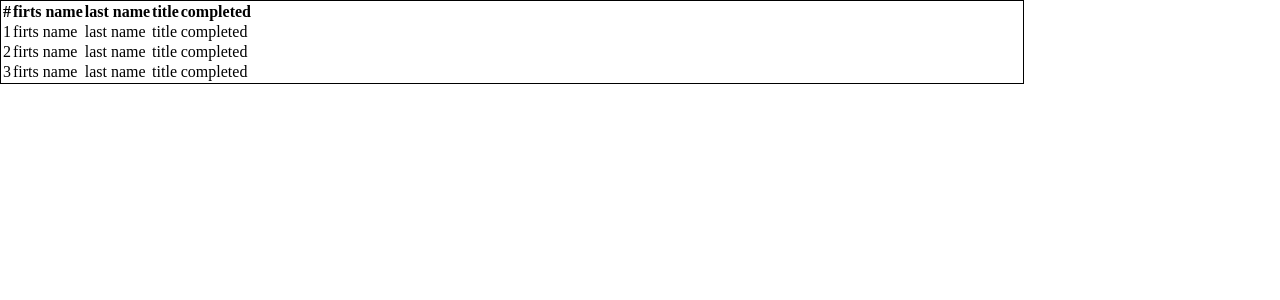
Repository: beva3/myCodepen
Page: table/index.html
These files come from the project's save history. The page is drawn as it stood at one moment and after the next save; the edit follows.
The browser window is 1280 px wide. The pictures show the whole page.

Above is the page before, as saved 2024-05-11 10:49:12.

### table/index.html
<!DOCTYPE html>
<html lang="en">
<head>
    <meta charset="UTF-8">
    <link rel="stylesheet" href="style.css">
    <meta name="viewport" content="width=device-width, initial-scale=1.0">
    <title>tableau</title>
</head>
<body>
    <section class="content">
        <table>
            <thead>
                <tr>
                   <th>#</th>
                   <th>firts name</th>
                   <th>last name</th>
                   <th>title</th>
                   <th>completed</th>
                </tr>
            </thead>
            <tbody>
                <tr>
                    <td>1</td>
                    <td>firts name</td>
                    <td>last name</td>
                    <td>title</td>
                    <td>completed</td>
                </tr>
                <tr>
                    <td>2</td>
                    <td>firts name</td>
                    <td>last name</td>
                    <td>title</td>
                    <td>completed</td>
                </tr>
                <tr>
                    <td>3</td>
                    <td>firts name</td>
                    <td>last name</td>
                    <td>title</td>
                    <td>completed</td>
                </tr>
            </tbody>
        </table>
    </section>
</body>
</html>

### table/style.css
*{
    margin: 0;
    padding: 0;
    box-sizing: border-box;
}

.content{
    border: 1px solid black;
    width: 80vw;
}

After the next save:
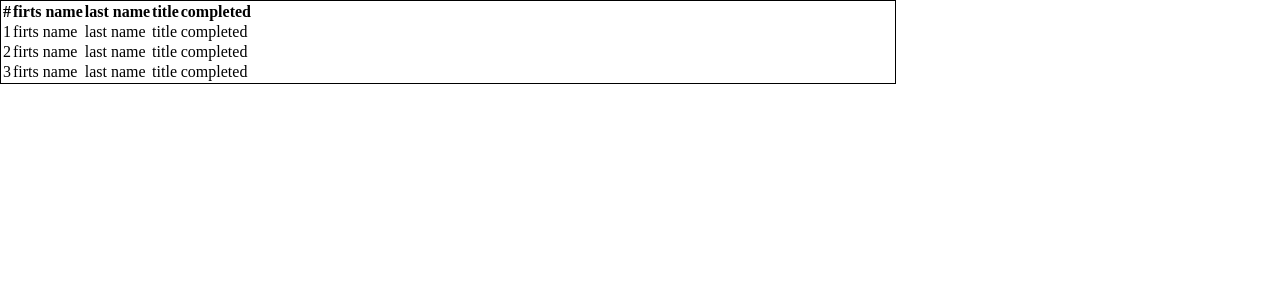
Saved 4 s later.
--- a/table/style.css
+++ b/table/style.css
@@ -6,5 +6,5 @@
 
 .content{
     border: 1px solid black;
-    width: 80vw;
+    width: 70vw;
 }
